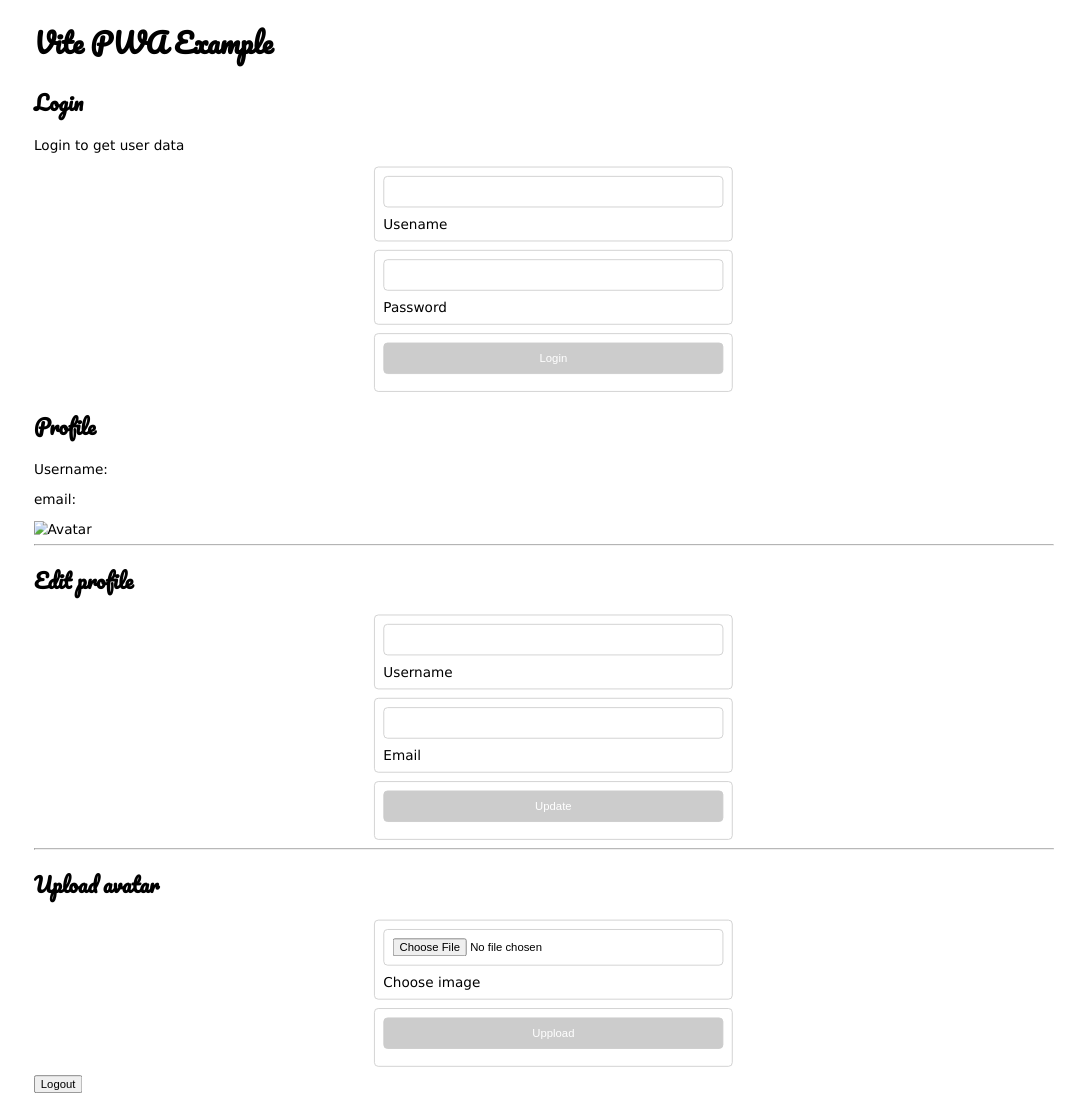
Repository: Elliriskala/Vite-PWA
Page: /
The author's editor kept a copy of each file at every save. The page is drawn from the files as they stood at one save, then again after the next save.
The browser window is 1280 px wide. The pictures show the whole page, at 85% of full size.
The project was rebuilt for these pictures with package versions that can differ from the ones it lists, and the page was loaded fresh each time. Also part of the build but not shown: vite.config.ts.

Above is the page before, as saved 2024-10-03 11:57:33.

After the next save:
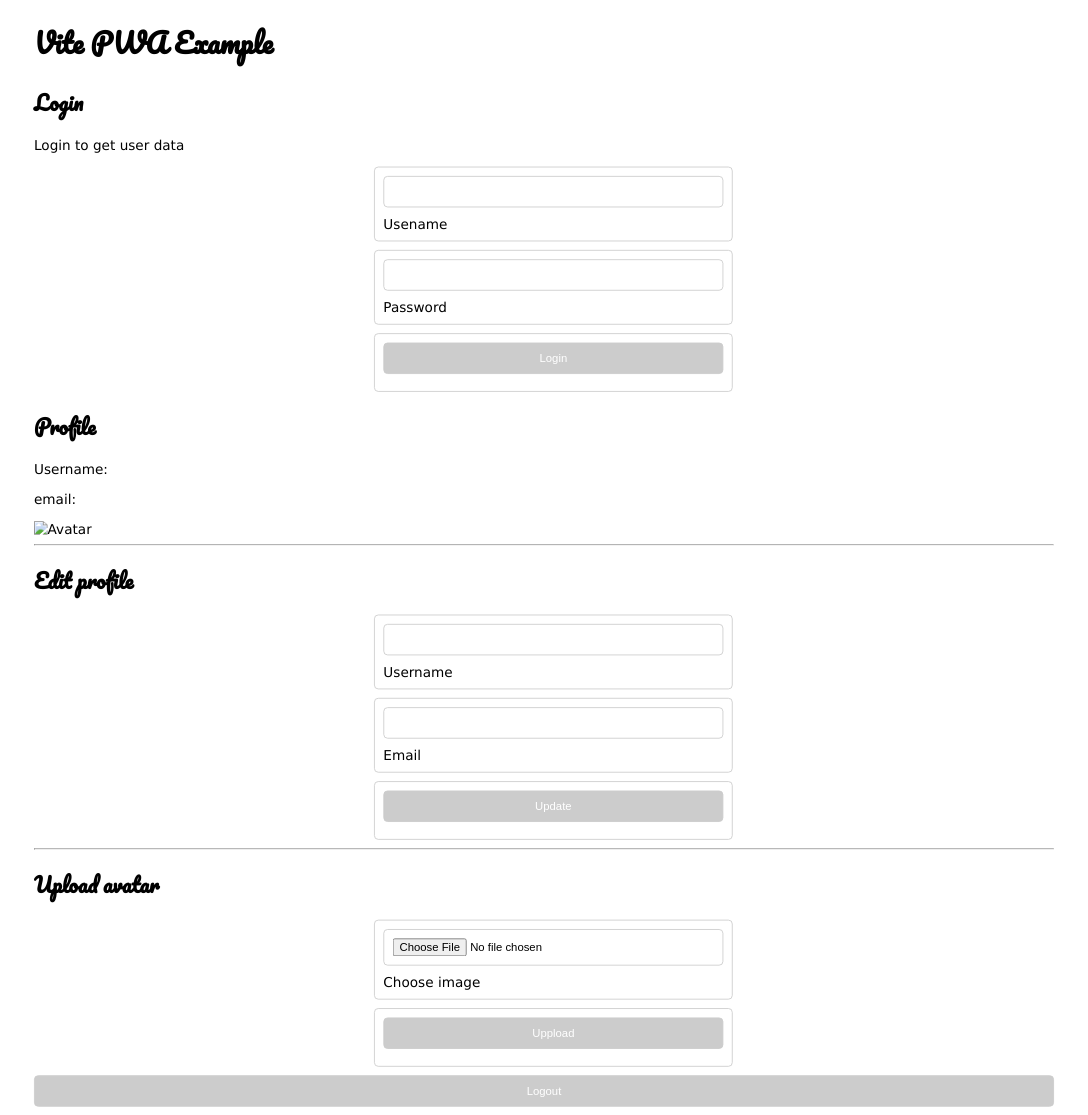
Saved 54 s later.
--- a/index.html
+++ b/index.html
@@ -67,7 +67,7 @@
       </form>
     </section>
     <div>
-      <button id="logout">Logout</button>
+      <button class="button" id="logout">Logout</button>
     </div>
   </div>
 </body>
